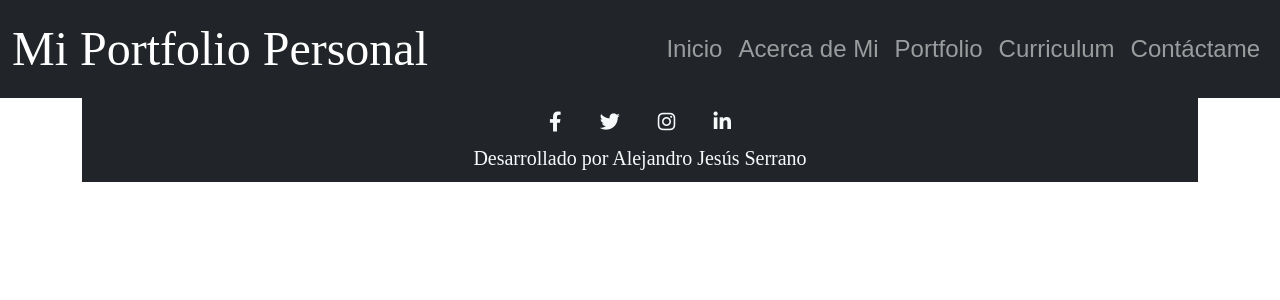
Repository: AlejandroJesusSerrano/portfolio
Page: portfolio/core/templates/core/base.html
The author's editor kept a copy of each file at every save. The page is drawn from the files as they stood at one save, then again after the next save.
The browser window is 1280 px wide. The pictures show the whole page.
Some web fonts or font styles are not loaded; a fallback is used. The template is drawn by Django 4.2. The application's start-up code is not run. Other server files are loaded and not shown. The template is opened directly, without the code that normally fills it, so the values that code supplies are empty.

Above is the page before, as saved 2023-09-06 08:39:44.

### portfolio/core/templates/core/base.html
{% load static %}

<!DOCTYPE html>
<html lang="en">

<head>
  <meta charset="UTF-8">
  <meta name="viewport" content="width=device-width, initial-scale=1.0">
  <link rel="stylesheet" href={% static 'lib/bootstrap-5.2/css/bootstrap.min.css' %}>
  <link rel="stylesheet" href={% static 'lib/fontawesome-6.4.2/css/all.min.css' %}>
  <link rel="stylesheet" href={% static 'css/styles.css' %}>
  <title>Portafolio Personal - {% block title %} {% endblock title %}</title>
</head>

<body>
  <!-- HEADER -->
  <nav class="navbar navbar-expand-lg navbar-dark bg-dark">
    <div class="container-fluid">
      <a class="navbar-brand brand" href={% url 'home' %}>Mi Portfolio Personal</a>
      <button class="navbar-toggler" type="button" data-bs-toggle="collapse" data-bs-target="#navbarNav"
        aria-controls="navbarNav" aria-expanded="false" aria-label="Toggle navigation">
        <span class="navbar-toggler-icon"></span>
      </button>
      <div class="collapse navbar-collapse" id="navbarNav">
        <ul class="navbar-nav nav_menu ms-auto">
          <li class="nav-item">
            <a class="nav-link" aria-current="page" href={% url 'home' %}>Inicio</a>
          </li>
          <li class="nav-item">
            <a class="nav-link" href={% url 'about' %}>Acerca de Mi</a>
          </li>
          <li class="nav-item">
            <a class="nav-link" href={% url 'portfolio' %}>Portfolio</a>
          </li>
          <li class="nav-item">
            <a class="nav-link" href={% url 'curriculum' %}>Curriculum</a>
          </li>
          <li class="nav-item">
            <a class="nav-link" href={% url 'contact' %}>Contáctame</a>
          </li>
        </ul>
      </div>
    </div>
  </nav>

  <!-- CONTENT - Template Tags -->

  {% block content %} {%endblock content%}

  <div class="container mb-0">
    <footer class="bg-dark text-center text-light">
      <section class="mb-4">
        <div class="container">
          <a class="btn btn-link btn-floating btn-lg text-light" href="#" role="button">
            <i class="fab fa-facebook-f"></i>
          </a>
          <a class="btn btn-link btn-floating btn-lg text-light" href="#" role="button">
            <i class="fab fa-twitter"></i>
          </a>
          <a class="btn btn-link btn-floating btn-lg text-light" href="#" role="button">
            <i class="fab fa-instagram"></i>
          </a>
          <a class="btn btn-link btn-floating btn-lg text-light" href="#" role="button">
            <i class="fab fa-linkedin-in"></i>
          </a>
        </div>
        <div class="container">
          <div class="mb-2 pb-1">
            <h5 class="develop">Desarrollado por Alejandro Jesús Serrano</h5>
          </div>
        </div>
      </section>
    </footer>
  </div>
  <!-- End of .container -->

  <script src={% static 'lib/bootstrap-5.2/js/bootstrap.min.js' %}></script>
  <script src={% static 'lib/fontawesome-6.4.2/js/all.min.js' %}></script>
</body>

</html>

### portfolio/static/css/styles.css
@import url("https://fonts.googleapis.com/css2?family=Arima:wght@500;700&family=Average+Sans&family=Mulish:ital,wght@0,400;0,500;0,700;1,400;1,500;1,700&display=swap");

* {
  margin: 0;
  padding: 0;
  box-sizing: border-box;
}

.brand {
  font-family: "Arima", cursive;
  font-size: 3rem;
}

.nav_menu {
  font-family: "Average Sans", sans-serif;
  font-size: 1.5rem;
}

.develop {
  font-family: "Arima", cursive;
  font-size: 1.25rem;
}

Loaded but not shown: portfolio/static/lib/bootstrap-5.2/css/bootstrap.min.css (library); portfolio/static/lib/fontawesome-6.4.2/css/all.min.css (library); portfolio/static/lib/bootstrap-5.2/js/bootstrap.min.js (library)

After the next save:
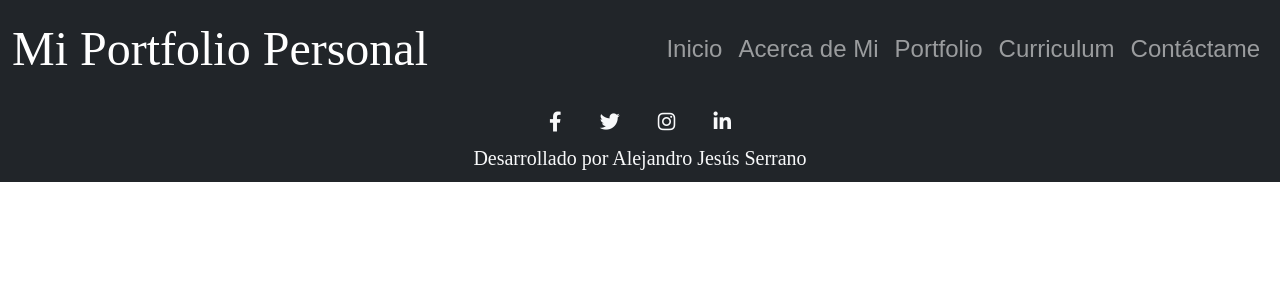
Saved 2 min 26 s later.
--- a/portfolio/core/templates/core/base.html
+++ b/portfolio/core/templates/core/base.html
@@ -47,7 +47,7 @@
 
   {% block content %} {%endblock content%}
 
-  <div class="container mb-0">
+  <div class="mb-0">
     <footer class="bg-dark text-center text-light">
       <section class="mb-4">
         <div class="container">
